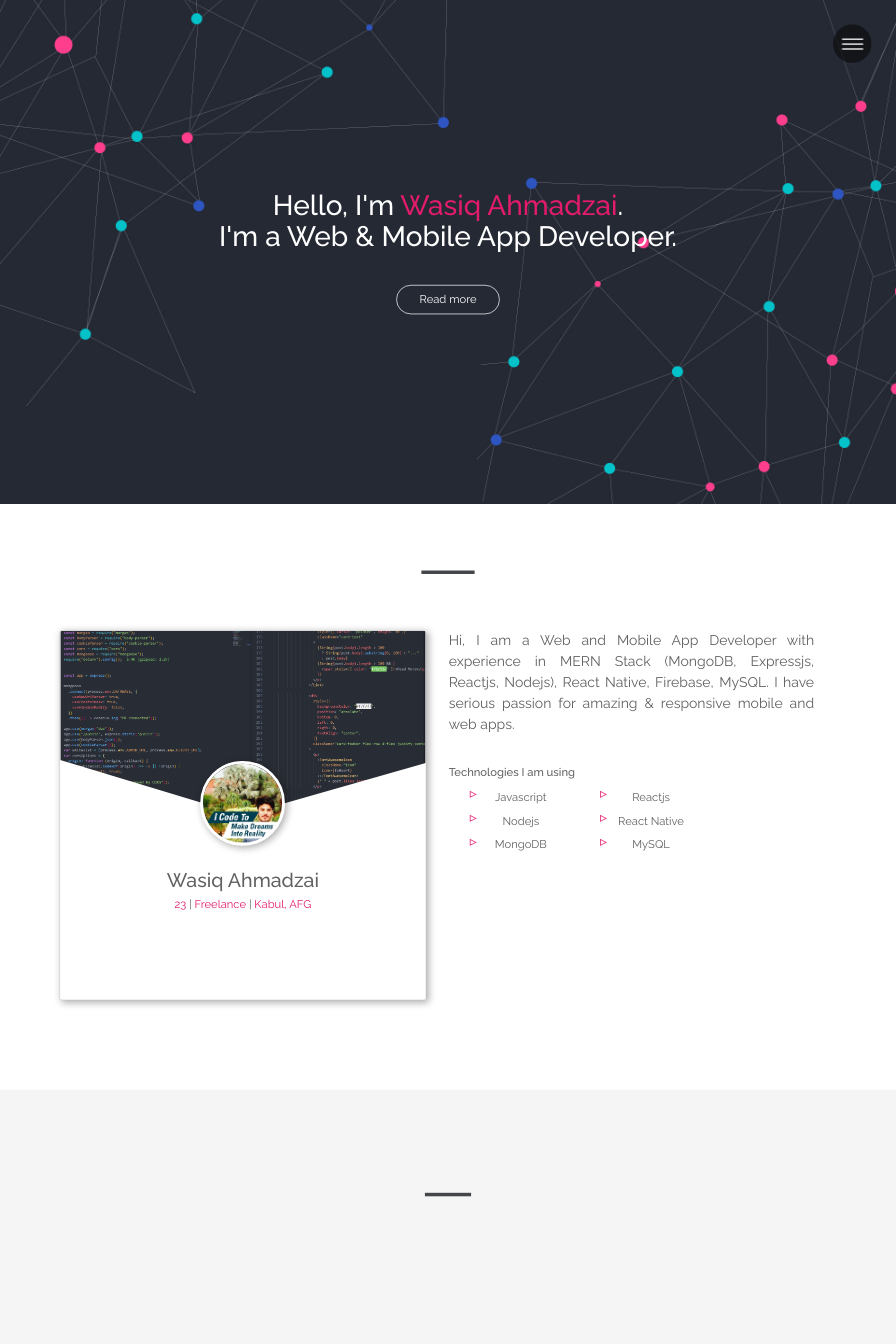
Repository: wasiqkhan/wasiqkhan.github.io
Page: index.html
The author's editor kept a copy of each file at every save. The page is drawn from the files as they stood at one save, then again after the next save.
The browser window is 1280 px wide. The pictures show the part of the page from y = 0 to 1920 px (the page is 5002 px tall), at 70% of full size.
Some web fonts or font styles are not loaded; a fallback is used.

Above is the page before, as saved 2020-11-06 17:40:15.
Not found: js/all.js
Not found: js/app.js
Not found: js/particles.js

After the next save:
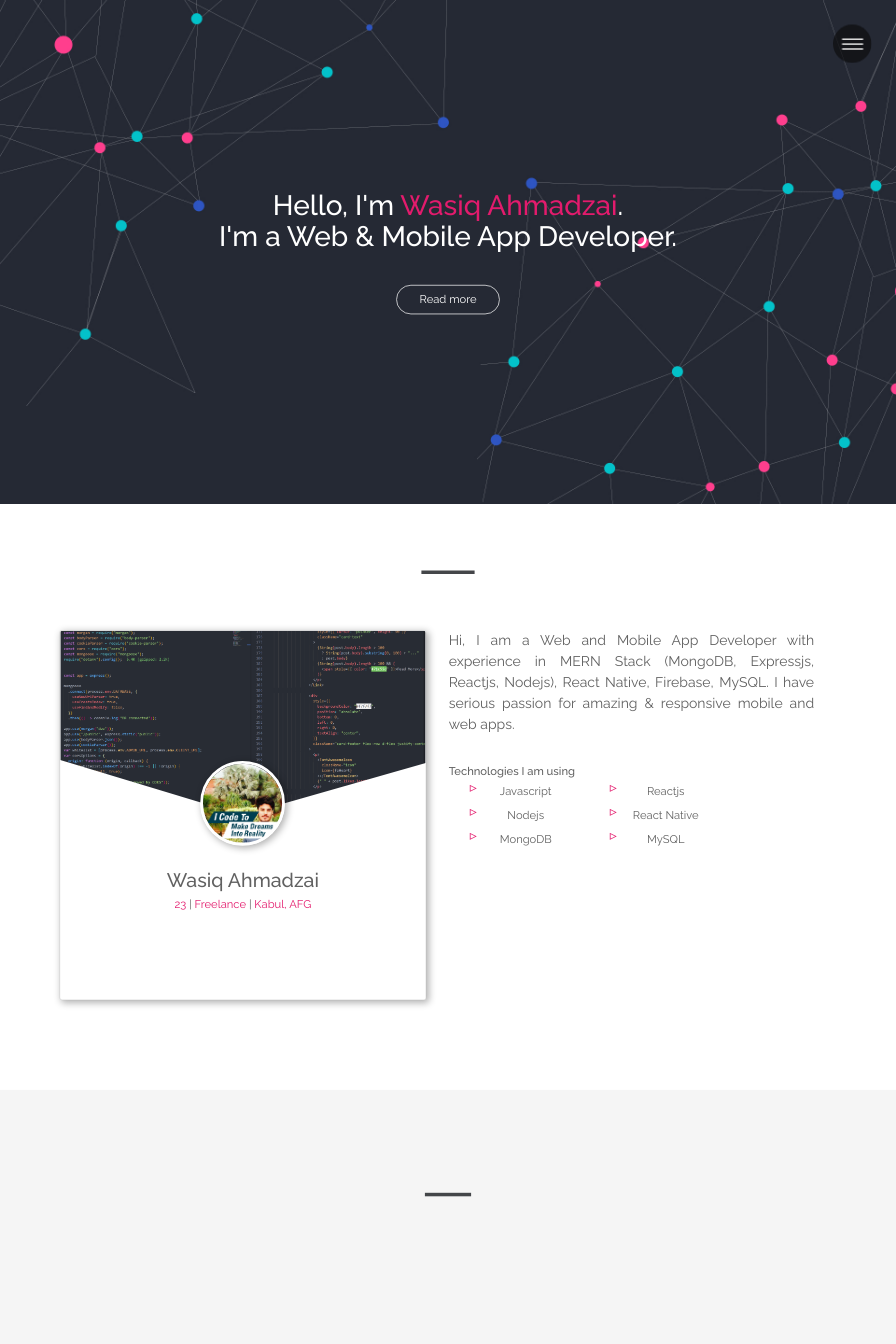
Saved 14 s later.
--- a/css/style.css
+++ b/css/style.css
@@ -465,8 +465,6 @@ a {
   display: grid;
   grid-template-columns: repeat(2, minmax(140px, 200px));
   padding: 0px;
-  margin: auto;
-  margin-right: 150px;
 
   overflow: hidden;
   list-style: none;
